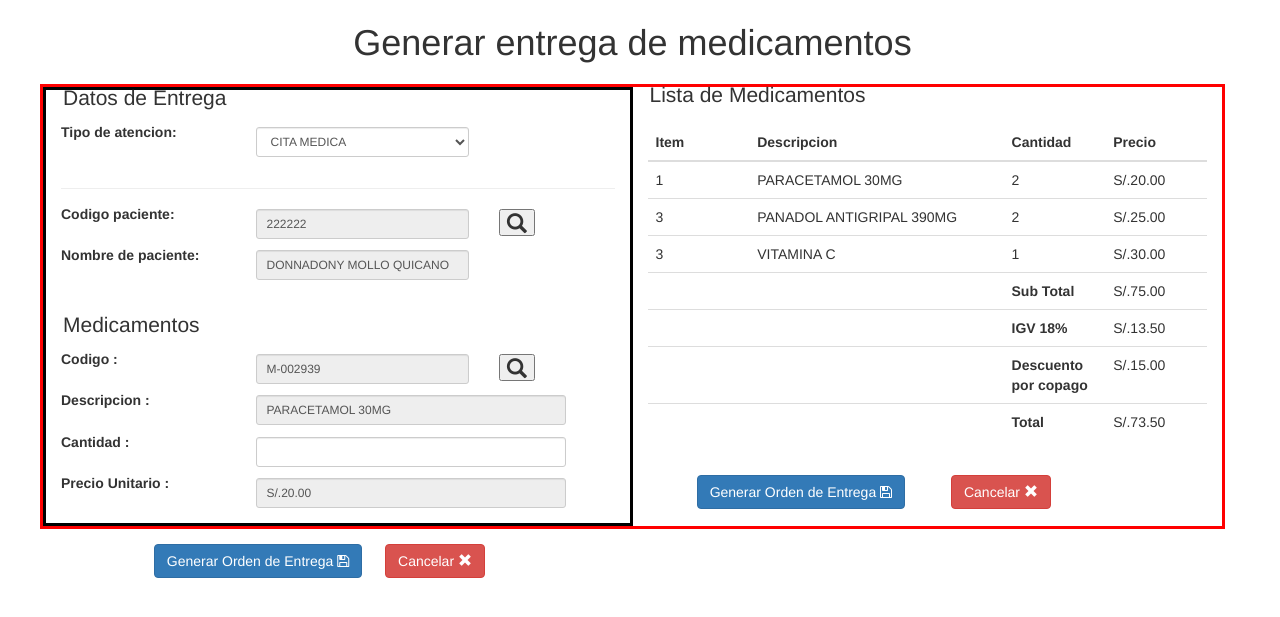
Repository: Donyx10/ADSII-ProyectoClinica
Page: http://localhost/AvanceWeb/GenerarOrdenDeEntregaDeMedicamentos2.jsp
These files come from the project's save history. The page is drawn as it stood at one moment and after the next save; the edit follows.
The browser window is 1280 px wide. The pictures show the whole page.
Some web fonts or font styles are not loaded; a fallback is used. The page is served by Tomcat 9. Other server files are loaded and not shown.

Above is the page before, as saved 2018-06-07 16:34:16.

### WebDemo/AvanceWeb/WebContent/GenerarOrdenDeEntregaDeMedicamentos2.jsp
<!DOCTYPE html>
<html lang="esS">
<head>
<meta charset="UTF-8">
<meta name="viewport"
	content="width=device-width, initial-scale=1, maximum-scale=1, user-scalable=no">
<script type="text/javascript" src="js/jquery.min.js"></script>
<script type="text/javascript" src="js/jquery.dataTables.min.js"></script>
<script type="text/javascript" src="js/dataTables.bootstrap.min.js"></script>
<script type="text/javascript" src="js/bootstrap.min.js"></script>
<script type="text/javascript" src="js/bootstrapValidator.js"></script>
<link rel="stylesheet" href="css/bootstrap.css" />
<link rel="stylesheet" href="css/dataTables.bootstrap.min.css" />
<link rel="stylesheet" href="css/style.css" />
<link rel="stylesheet" href="css/bootstrapValidator.css" />
<link rel="stylesheet"
	href="https://cdnjs.cloudflare.com/ajax/libs/font-awesome/4.7.0/css/font-awesome.min.css">
<title>Generar orden de entrega de medicamentos</title>

</head>
<body>

	<div class="container"
		style="padding-top: 3px; line-height: 0.8; padding-left: 0.01px;">
		<h1 align="center">Generar entrega de medicamentos</h1>
		<br>
		<form action="generarCita" id="id_form">
			<div class="form-group row"
				style="border-style: solid; border-color: red;">
				<div class="col-md-6"
					style="border-style: solid; border-color: black;">

					<div class="form-group row" align="left" id="paciente">
						<div class="col-md-12">
							<fieldset>
								<legend>Datos de Entrega</legend>
								<div class="row">
									<div class="col-md-4">
										<label class="" for="id_codigo">Tipo de atencion:</label>
									</div>
									<div class="col-md-5">
										<select class="form-control input-sm" style="">
											<option>CITA MEDICA
											<option>EMERGENCIA
										</select>
									</div>
								</div>
								<br>
								<hr>
								<div class="row">

									<div class="col-md-4">
										<label class="" for="id_codigo">Codigo paciente:</label>
									</div>
									<div class="col-md-5">
										<input class="form-control input-sm" type="text"
											value="222222" id="" name="" readonly="readonly"
											placeholder="Ingrese el codigo">
									</div>
									<div class="col-md-2">
										<button style="font-size: 20px">
											<i class="glyphicon glyphicon-search"></i>
										</button>
									</div>
								</div>
								<br>



								<div class="row">
									<div class="col-md-4">
										<label class="" for="">Nombre de paciente:</label>
									</div>
									<div class="col-md-5">
										<input class="form-control input-sm" type="text"
											readonly="readonly" value="DONNADONY MOLLO QUICANO" id=""
											name="" placeholder="Ingrese el nombre" size="30">
									</div>

								</div>
								<br>
								<!--
							<div class="row">
								<div class="col-md-3">
									<label class="" for="">Estado:</label>
								</div>
								<div class="col-md-5">
									<input class="form-control" type="text" disabled="disabled" value="CANCELADO"
										id="" name="" placeholder="Ingrese el nombre" size="30">
								</div>
								<br>
							</div>
							<br>
							-->
							</fieldset>
						</div>


					</div>

					<br>
					<div class="form-group row" align="left" id="paciente">
						<div class="col-md-12">
							<fieldset>
								<legend>Medicamentos</legend>
							</fieldset>
							<div class="row">

								<div class="col-md-4">
									<label class="" for="id_codigo">Codigo : </label>
								</div>
								<div class="col-md-5">
									<input class="form-control input-sm" type="text"
										value="M-002939" id="" name="" readonly="readonly"
										placeholder="">
								</div>
								<div class="col-md-2">
									<button style="font-size: 20px">
										<i class="glyphicon glyphicon-search"></i>
									</button>
								</div>
							</div>
							<br>
							<div class="row">

								<div class="col-md-4">
									<label class="" for="id_codigo">Descripcion : </label>
								</div>
								<div class="col-md-7">
									<input class="form-control input-sm" type="text"
										value="PARACETAMOL 30MG" id="" name="" readonly="readonly"
										placeholder="">
								</div>

							</div>
							<br>
							<div class="row">

								<div class="col-md-4">
									<label class="" for="id_codigo">Cantidad : </label>
								</div>
								<div class="col-md-7">
									<input class="form-control input-sm" type="number"
										name="quantity" min="1" max="10">
								</div>

							</div>
							<br>
							<div class="row">

								<div class="col-md-4">
									<label class="" for="id_codigo">Precio Unitario : </label>
								</div>
								<div class="col-md-7">
									<input class="form-control input-sm" type="text"
										name="quantity" value="S/.20.00" readonly="readonly">
								</div>

							</div>
						</div>
					</div>


				</div>
				<div class="col-md-6">
					<div class="form-group row" id="medico">
						<div class="col-md-12">
							<fieldset>

								<legend> Lista de Medicamentos</legend>
								<div class="row">
									<div class="col-md-12">
										<table class="table table-sm">
											<thead>
												<tr>
													<th class="col-md-2">Item</th>
													<th class="col-md-5">Descripcion</th>
													<th class="col-md-2">Cantidad</th>
													<th class="col-md-2">Precio</th>

												</tr>
											</thead>
											<tbody>
												<tr>
													<td class="col-md-2">1</td>
													<td class="col-md-5">PARACETAMOL 30MG</td>
													<td class="col-md-2">2</td>
													<td class="col-md-2">S/.20.00</td>
												</tr>
												<tr>
													<td class="col-md-2">3</td>
													<td class="col-md-5">PANADOL ANTIGRIPAL 390MG</td>
													<td class="col-md-2">2</td>
													<td class="col-md-2">S/.25.00</td>
												</tr>
												<tr>
													<td class="col-md-2">3</td>
													<td class="col-md-5">VITAMINA C</td>
													<td class="col-md-2">1</td>
													<td class="col-md-2">S/.30.00</td>
												</tr>
												<tr>
													<td class="col-md-2"></td>
													<td class="col-md-5"></td>
													<td class="col-md-2"><strong>Sub Total</strong></td>
													<td class="col-md-2">S/.75.00</td>
												</tr>
												<tr>
													<td class="col-md-2"></td>
													<td class="col-md-5"></td>
													<td class="col-md-2"><strong>IGV 18%</strong></td>
													<td class="col-md-2">S/.13.50</td>
												</tr>
												<tr>
													<td class="col-md-2"></td>
													<td class="col-md-5"></td>
													<td class="col-md-2"><strong>Descuento por
															copago</strong></td>
													<td class="col-md-2">S/.15.00</td>
												</tr>
												<tr>
													<td class="col-md-2"></td>
													<td class="col-md-5"></td>
													<td class="col-md-2"><strong>Total</strong></td>
													<td class="col-md-2">S/.73.50</td>
												</tr>

											</tbody>
										</table>
									</div>
								</div>




							</fieldset>
						</div>
					</div>
					<div class="form-group row" align="center" id="paciente">
						<div class="col-md-12">
							<div class="row">
								<div class="col-md-1"></div>
								<div class="col-md-4">
									<button type="submit" class="btn btn-primary">
										Generar Orden de Entrega <i class="fa fa-save"></i>
									</button>
								</div>
								<div class="col-md-1"></div>
								<div class="col-md-3">
									<button type="submit" class="btn btn-danger">
										Cancelar <span class="glyphicon glyphicon-remove"></span>
									</button>
								</div>
							</div>
						</div>
					</div>
				</div>


			</div>

			<div class="form-group row" id="botones">
				<div class="col-md-1" align="center"></div>
				<div class="col-md-2" align="center">
					<button type="submit" class="btn btn-primary">
						Generar Orden de Entrega <i class="fa fa-save"></i>
					</button>
				</div>
				<div class="col-md-2" align="center">
					<button type="submit" class="btn btn-danger">
						Cancelar <span class="glyphicon glyphicon-remove"></span>
					</button>
				</div>
			</div>
	</div>
	</form>
	</div>
</body>
</html>

### WebDemo/AvanceWeb/WebContent/css/style.css


.table-fixed {
	width: 100%;
	background-color: #f3f3f3;
}

.table-fixed tbody {
	height: 120px;
	overflow-y: auto;
	width: 100%;
}

.table-fixed thead, .table-fixed tbody, .table-fixed tr, .table-fixed td,
	.table-fixed th {
	display: block;
}

.table-fixed tbody td {
	float: left;
}

.table-fixed thead tr th {
	float: left;
	background-color: #f39c12;
	border-color: #e67e22;
}

legend {
    display: block;
    padding-left: 2px;
    padding-right: 2px;
    border: none;
}

Loaded but not shown: WebDemo/AvanceWeb/WebContent/js/jquery.min.js (library); WebDemo/AvanceWeb/WebContent/js/jquery.dataTables.min.js (library); WebDemo/AvanceWeb/WebContent/js/dataTables.bootstrap.min.js (common file); WebDemo/AvanceWeb/WebContent/js/bootstrap.min.js (library); WebDemo/AvanceWeb/WebContent/js/bootstrapValidator.js (library); WebDemo/AvanceWeb/WebContent/css/bootstrap.css (library); WebDemo/AvanceWeb/WebContent/css/dataTables.bootstrap.min.css (library); WebDemo/AvanceWeb/WebContent/css/bootstrapValidator.css (common file)

After the next save:
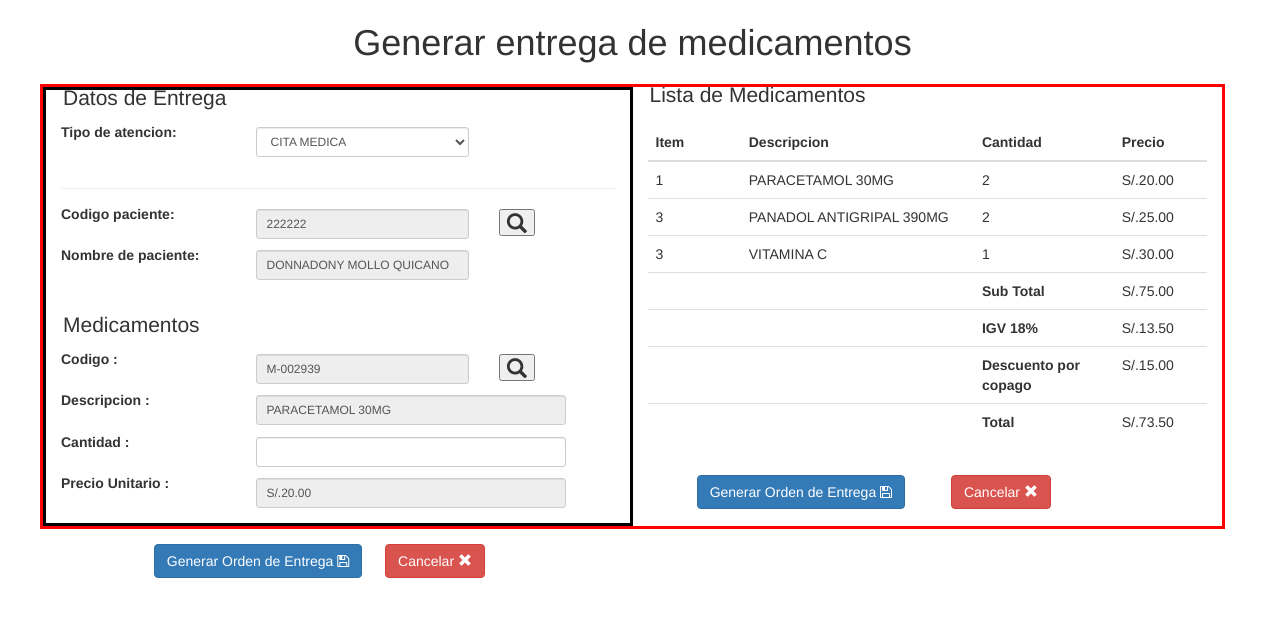
Saved 35 s later.
--- a/WebDemo/AvanceWeb/WebContent/GenerarOrdenDeEntregaDeMedicamentos2.jsp
+++ b/WebDemo/AvanceWeb/WebContent/GenerarOrdenDeEntregaDeMedicamentos2.jsp
@@ -175,7 +175,7 @@
 												<tr>
 													<th class="col-md-2">Item</th>
 													<th class="col-md-5">Descripcion</th>
-													<th class="col-md-2">Cantidad</th>
+													<th class="col-md-3">Cantidad</th>
 													<th class="col-md-2">Precio</th>
 
 												</tr>
@@ -184,44 +184,44 @@
 												<tr>
 													<td class="col-md-2">1</td>
 													<td class="col-md-5">PARACETAMOL 30MG</td>
-													<td class="col-md-2">2</td>
+													<td class="col-md-3">2</td>
 													<td class="col-md-2">S/.20.00</td>
 												</tr>
 												<tr>
 													<td class="col-md-2">3</td>
 													<td class="col-md-5">PANADOL ANTIGRIPAL 390MG</td>
-													<td class="col-md-2">2</td>
+													<td class="col-md-3">2</td>
 													<td class="col-md-2">S/.25.00</td>
 												</tr>
 												<tr>
 													<td class="col-md-2">3</td>
 													<td class="col-md-5">VITAMINA C</td>
-													<td class="col-md-2">1</td>
+													<td class="col-md-3">1</td>
 													<td class="col-md-2">S/.30.00</td>
 												</tr>
 												<tr>
 													<td class="col-md-2"></td>
 													<td class="col-md-5"></td>
-													<td class="col-md-2"><strong>Sub Total</strong></td>
+													<td class="col-md-3"><strong>Sub Total</strong></td>
 													<td class="col-md-2">S/.75.00</td>
 												</tr>
 												<tr>
 													<td class="col-md-2"></td>
 													<td class="col-md-5"></td>
-													<td class="col-md-2"><strong>IGV 18%</strong></td>
+													<td class="col-md-3"><strong>IGV 18%</strong></td>
 													<td class="col-md-2">S/.13.50</td>
 												</tr>
 												<tr>
 													<td class="col-md-2"></td>
 													<td class="col-md-5"></td>
-													<td class="col-md-2"><strong>Descuento por
+													<td class="col-md-3"><strong>Descuento por
 															copago</strong></td>
 													<td class="col-md-2">S/.15.00</td>
 												</tr>
 												<tr>
 													<td class="col-md-2"></td>
 													<td class="col-md-5"></td>
-													<td class="col-md-2"><strong>Total</strong></td>
+													<td class="col-md-3"><strong>Total</strong></td>
 													<td class="col-md-2">S/.73.50</td>
 												</tr>
 
